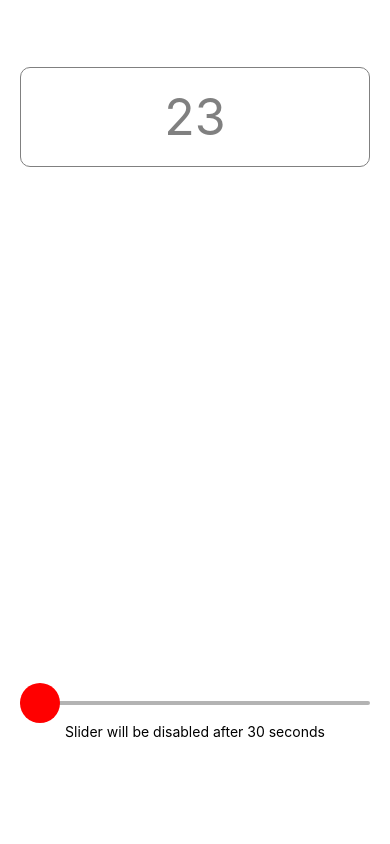
Repository: sonnke/imageResizer
Screen: /
The author's editor kept a copy of each file at every save. The screen is drawn from the files as they stood at one save, then again after the next save.
Pictures or frames that could not be fetched are drawn as grey boxes. The app was drawn by React Native's web renderer in a window 390 px wide. The project was rebuilt for these pictures with package versions that can differ from the ones it lists, and the page was loaded fresh each time.

Above is the screen before, as saved 2020-02-02 23:38:48.

After the next save:
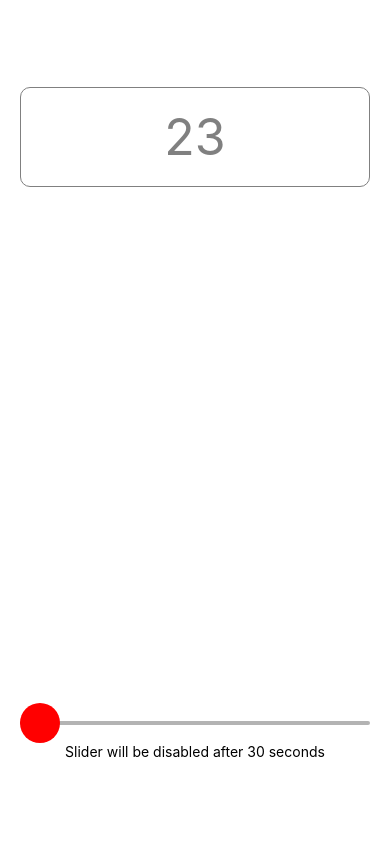
Saved 2 min 40 s later.
--- a/src/components/MainScreen.tsx
+++ b/src/components/MainScreen.tsx
@@ -8,7 +8,9 @@ const MainContainer = styled.View`
   flex-direction: column;
   align-items: center;
   justify-content: space-around;
-  padding: 20px;
+  padding-left: 20px;
+  padding-right: 20px;
+  padding-top: 40px;
 `;
 
 const StopWatch = styled.View`
